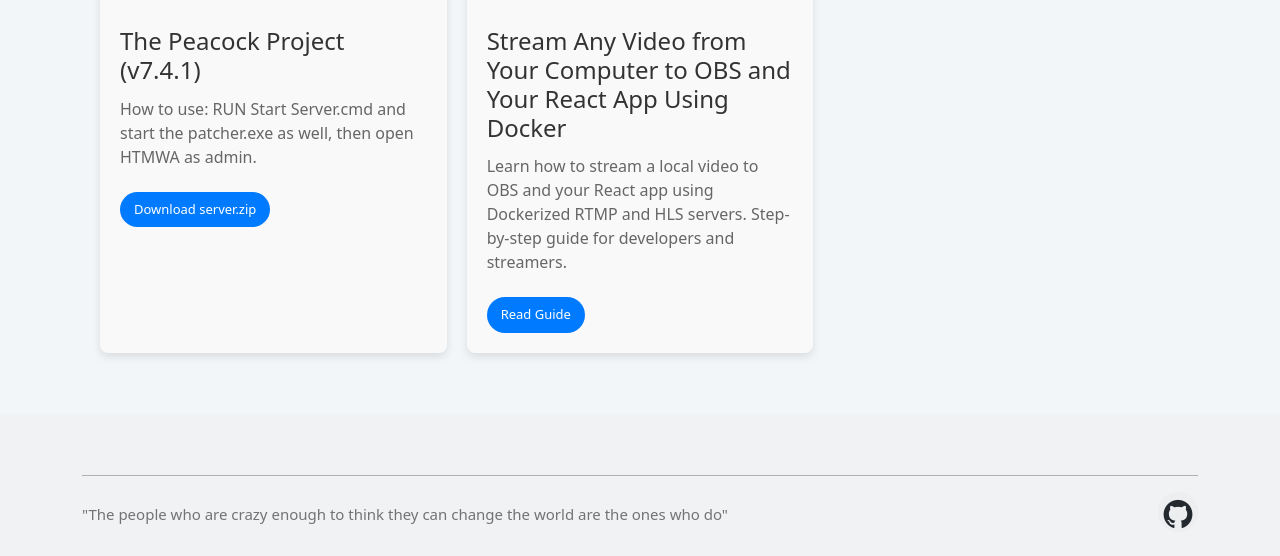
Repository: kaizoku010/firebrand
Page: /blog
The author's editor kept a copy of each file at every save. The page is drawn from the files as they stood at one save, then again after the next save.
The browser window is 1280 px wide. The pictures show the part of the page from y = 405 to 961 px (the page is 961 px tall).
The project was rebuilt for these pictures with package versions that can differ from the ones it lists, and the page was loaded fresh each time. Also part of the build but not shown: vite.config.js, src/update/homescreen.js, src/update/about.css, src/components/chips.css, src/components/chips.js, src/update/about.js, src/dataPoint/AllProjects.js, src/update/appsPage.js and 3 more.

Above is the page before, as saved 2025-06-05 12:12:50.

### public/index.html
<!DOCTYPE html>
<html lang="en">
  <head>
    <meta charset="utf-8" />
    <link rel="icon" href="%PUBLIC_URL%/logo.ico" />
    <meta name="viewport" content="width=device-width, initial-scale=1" />
    <meta name="theme-color" content="#000000" />
    <meta
      name="description"
      content="Welcome to Firebrand"
    />
    <link rel="apple-touch-icon" href="%PUBLIC_URL%/logo.png" />
    <!--
      manifest.json provides metadata used when your web app is installed on a
      user's mobile device or desktop. See https://developers.google.com/web/fundamentals/web-app-manifest/
    -->
    <link rel="manifest" href="%PUBLIC_URL%/manifest.json" />

    <title>Kalanxi</title>
    <!-- Global site tag (gtag.js) - Google Analytics -->
<script async src="https://www.googletagmanager.com/gtag/js?id=G-C8GX9VTJ6W"></script>
<script>
  window.dataLayer = window.dataLayer || [];
  function gtag(){dataLayer.push(arguments);}
  gtag('js', new Date());

  gtag('config', 'G-C8GX9VTJ6W');
</script>
<script async src="https://pagead2.googlesyndication.com/pagead/js/adsbygoogle.js?client=ca-pub-3855618579065381"
     crossorigin="anonymous"></script>
     <script async custom-element="amp-ad" src="https://cdn.ampproject.org/v0/amp-ad-0.1.js"></script>
  </head>
  <body>
    <noscript>You need to enable JavaScript to run this app.</noscript>
    <div id="root"></div>

  </body>
</html>

### src/App.css
body {
  -webkit-font-smoothing: antialiased;
  background-color: #f3f6f8;
  margin-top: 0px;
  font-family:  ui-sans-serif,system-ui,-apple-system,BlinkMacSystemFont,Segoe UI,Roboto,Helvetica Neue,Arial,Noto Sans,sans-serif,apple color emoji,segoe ui emoji,Segoe UI Symbol,noto color emoji;
;
}

.content{
display: none !important;
}

a {
  text-decoration: none;
  color: #5747ff !important;
}

@media only screen and (max-width: 900px) {
  .holder__ {
    text-align: center;
    padding: 20px;
  }
}

.thumb-lg {
  height: 88px;
  width: 88px;
}
.profile-user-box {
  position: relative;
  border-radius: 5px;
}
.bg-custom {
  /*background-color: #02c0ce !important;  */
  background-color: #02191b !important;
  /* 02191b */
}
.profile-user-box {
  position: relative;
  border-radius: 5px;
}

.card-box {
  padding: 20px;
  position: sticky;
  border-radius: 3px;
  margin-bottom: 30px;
  z-index: 1;
  top: 0;
  background-color: #fff;
}
.inbox-widget .inbox-item img {
  width: 40px;
}

.inbox-widget .inbox-item {
  border-bottom: 1px solid #f3f6f8;
  overflow: hidden;
  padding: 10px 0;
  position: relative;
}

.inbox-widget .inbox-item .inbox-item-img {
  display: block;
  float: left;
  margin-right: 15px;
  width: 40px;
}

.inbox-widget .inbox-item img {
  width: 40px;
}

.inbox-widget .inbox-item .inbox-item-author {
  color: #313a46;
  display: block;
  margin: 0;
}

.inbox-widget .inbox-item .inbox-item-text {
  color: #98a6ad;
  display: block;
  font-size: 14px;
  margin: 0;
}

.inbox-widget .inbox-item .inbox-item-date {
  color: #98a6ad;
  font-size: 11px;
  position: absolute;
  right: 7px;
  top: 12px;
}

.comment-list .comment-box-item {
  position: relative;
}

.comment-list .comment-box-item .commnet-item-date {
  color: #98a6ad;
  font-size: 11px;
  position: absolute;
  right: 7px;
  top: 2px;
}

.comment-list .comment-box-item .commnet-item-msg {
  color: #313a46;
  display: block;
  margin: 10px 0;
  font-weight: 400;
  font-size: 15px;
  line-height: 24px;
}

.comment-list .comment-box-item .commnet-item-user {
  color: #98a6ad;
  display: block;
  font-size: 14px;
  margin: 0;
}

.comment-list a + a {
  margin-top: 15px;
  display: block;
}

.ribbon-box .ribbon-primary {
  background: #2d7bf4;
}

.ribbon-box .ribbon {
  position: relative;
  float: left;
  clear: both;
  padding: 5px 12px 5px 12px;
  margin-left: -30px;
  margin-bottom: 15px;
  font-family: Rubik, sans-serif;
  -webkit-box-shadow: 2px 5px 10px rgba(49, 58, 70, 0.15);
  -o-box-shadow: 2px 5px 10px rgba(49, 58, 70, 0.15);
  box-shadow: 2px 5px 10px rgba(49, 58, 70, 0.15);
  color: #fff;
  font-size: 13px;
}
.text-custom {
  color: #949797 !important;
}

.badge-custom {
  background: #02c0ce;
  color: #fff;
}
.badge {
  font-family: Rubik, sans-serif;
  -webkit-box-shadow: 0 0 24px 0 rgba(0, 0, 0, 0.06),
    0 1px 0 0 rgba(0, 0, 0, 0.02);
  box-shadow: 0 0 24px 0 rgba(0, 0, 0, 0.06), 0 1px 0 0 rgba(0, 0, 0, 0.02);
  padding: 0.35em 0.5em;
  font-weight: 500;
}
.text-muted {
  color: #98a6ad !important;
}
project_list
.font-13 {
  font-size: 13px !important;
}

.fire-text {
  text-align: justify;
}

@media screen and (max-width: 800px) {
  .card-box {
    padding: 20px !important;
    position: sticky;
    border-radius: 3px;
    margin-bottom: 30px;
    z-index: 1;
    top: 0;
    background-color: #fff;
  }
}


.main-color{
  color: #fbb03b;
}

### src/update/blog.js
import React, { useState, useEffect } from 'react';
import '../update/blog.css';
import PP from "../img/server.png";

function Blog() {
  // Mock data for blog items
  const blogs = [
    { id: 1, title: 'The Peacock Project (v7.4.1)', description: 'How to use: RUN Start Server.cmd and start the patcher.exe as well, then open HTMWA as admin.', image: "https://encrypted-tbn0.gstatic.com/images?q=tbn:ANd9GcQP_9R3lzRksnVnuWHeN9Mo7RWM1pOEd7CjKg&s" },
    {
      id: 2,
      title: 'Stream Any Video from Your Computer to OBS and Your React App Using Docker',
      description: 'Learn how to stream a local video to OBS and your React app using Dockerized RTMP and HLS servers. Step-by-step guide for developers and streamers.',
      image: 'https://cdn.hashnode.com/res/hashnode/image/upload/v1678134359606/03e5efb6-7ba8-48d9-bba2-4a2700e620e4.png?w=1600&h=840&fit=crop&crop=entropy&auto=compress,format&format=webp'
    },
  ];

  // State to track if the download is in progress
  const [isDownloading, setIsDownloading] = useState(false);

  // Handle download on button click
  const handleDownload = () => {
    if (isDownloading) return; // Prevent download if it's already in progress

    // Set the downloading state to true to disable the button
    setIsDownloading(true);

    // Fetching the file from the server
    fetch('/resources/server.zip') // Assuming the file is on the server path
      .then((response) => {
        if (!response.ok) {
          throw new Error('Network response was not ok');
        }
        return response.blob(); // Get the file as a blob
      })
      .then((blob) => {
        const url = URL.createObjectURL(blob); // Create an object URL for the blob
        const link = document.createElement('a'); // Create an anchor element
        link.href = url; // Set the download URL
        link.download = 'server.zip'; // Name of the downloaded file
        document.body.appendChild(link); // Append link to the body
        link.click(); // Trigger the download
        document.body.removeChild(link); // Remove the link after download
        URL.revokeObjectURL(url); // Clean up the object URL

        // Reset the downloading state after the download
        setIsDownloading(false);
      })
      .catch((error) => {
        console.error('Error downloading the file:', error); // Error handling

        // Reset the downloading state if there's an error
        setIsDownloading(false);
      });
  };

  useEffect(() => {
    // Dynamically load the AdSense script after the component has mounted
    const script = document.createElement('script');
    script.src = "https://pagead2.googlesyndication.com/pagead/js/adsbygoogle.js?client=ca-pub-3855618579065381";
    script.async = true;
    script.crossOrigin = "anonymous";
    document.head.appendChild(script);

    // Initialize AdSense
    script.onload = () => {
      (window.adsbygoogle = window.adsbygoogle || []).push({});
    };

    return () => {
      // Clean up the script on component unmount
      document.head.removeChild(script);
    };
  }, []);

  return (
    <div className="blog-page">
      <h2 className="blog-title">Blog Section</h2>

      <div className="blog-grid">
        {blogs.map((blog) => (
          <div key={blog.id} className="blog-item">
            <img src={blog.image} alt={blog.title} className="blog-item-image" />
            <h2 className="blog-item-title">{blog.title}</h2>
            <p className="blog-item-description">{blog.description}</p>
            {/* Button that triggers the download or opens the guide */}
            {blog.id === 1 ? (
              <button
                className="download-button-2"
                onClick={handleDownload}
                disabled={isDownloading}
              >
                {isDownloading ? 'Downloading...' : 'Download server.zip'}
              </button>
            ) : (
              <button
                className="download-button-2"
                onClick={() => window.location.href = '/blog-details'}
              >
                Read Guide
              </button>
            )}
          </div>
        ))}

        {/* AdSense Ad */}
        <ins className="adsbygoogle"
             style={{ display: 'block' }}
             data-ad-client="ca-pub-3855618579065381"
             data-ad-slot="7113298799"
             data-ad-format="auto"
             data-full-width-responsive="true"></ins>
      </div>
    </div>
  );
}

export default Blog;

### src/update/header.css
header_div {
    padding: 0;
    margin: 0;
    box-sizing: border-box;
    font-family: sans-serif;
    text-decoration: none;
    list-style: none;
  }


  .name_logo{
    display:none;
  }

  .header {
    position: sticky;
    top: 0;
    grid-area: header;
    width: 100%;
    box-shadow: 0 4px 20px hsla(207, 24%, 35%, 0.1);
    background-color: white;
    z-index: 2;
  }

  .email-ic{
    width:38px;
  }

  nav {
    display: flex;
    justify-content: space-between;
    align-items: center;
    padding: 20px 100px;
  }

  .logo a {
    font-size: 24px;
    font-weight: bold;
    color: #fff;
  }

  .logo a span {
    color: #8739fa;
  }


  .menu {
    display: flex;
    list-style:none;
    justify-content: center;
    align-items: center;
  }

  .menu a {
    display: block;
    padding: 7px 15px;
    font-size: 17px;
    font-weight: 500;
    transition: 0.2s all ease-in-out;
    color: #fff;
  }

  .menu:hover a {
    opacity: 0.4;
  }

  .menu a:hover {
    opacity: 1;
    color: #fff;
  }

  .menu-icon {
    display: none;
  }

  #menu-toggle {
    display: none;
  }

  #menu-toggle:checked ~ .menu {
    transform: scale(1, 1);
  }

  @media only screen and (max-width: 950px) {
    .menu {
      flex-direction: column;
      background-color: white;
      align-items: start;
      position: absolute;
      top: 82px;
      left: 0;
      width: 100%;
      z-index: 1;
      padding-left: 10px;
      transform: scale(1, 0);
      transform-origin: top;
      transition: transform 0.3s ease-in-out;
      box-shadow: rgba(0, 0, 0, 0.15) 1.95px 1.95px 2.6px;
    }

    nav {
      display: flex;
      justify-content: space-between;
      align-items: center;
      padding: 18px 30px;
  }

    .name_logo{
        display:none;
      }

    .menu a {
      margin-left: 12px;
    }

    .menu li {
      margin-bottom: 10px;
    }

    .menu-icon {
      display: block;
      color: black;
      font-size: 28px;
      cursor: pointer;
    }
    /* my logo */

  .fireband-logo{
    width: 50px !important;

  }
  }



  .fireband-logo{
    width: 60px;
  }


  .header a {
    color:#212529 !important
      }
    .header a:hover {
        color:#fbb03b !important;
    }

### src/update/homescreen.css
.homepage{
    /* margin-top: 50px; */
    display: flex;
    place-content: center;
    height: 100vh;
    align-items: center;
    position: relative;

    min-height: 500px;
}

.main-content{
    text-align: center;
    display: flex;
    flex-direction: column;
}

#userImage{
    border-radius: 50% !important;
    align-self: center;
    margin-bottom: 10px;
    width: 60%;
}

.userName{
    letter-spacing: -.05em;
    font-size: 2.5rem;
    text-align: center;
    background: -webkit-radial-gradient(#030303, #010001);
    -webkit-background-clip: text;
    background-clip: text;
    -webkit-text-fill-color: transparent;
    line-height: 1;
    font-weight: 700;
    white-space: nowrap;
}

.userRole{
    max-width: 48rem;
    font-size: 20px;
    font-weight: 100;
    margin-left: auto;
    letter-spacing: -.025em;
    color: rgb(17 24 39 / var(50%));
    text-align: center;
    margin-right: auto;
}

.site-holder{
    padding-left: 1.5rem;
    flex-wrap: nowrap;
    padding-right: 1.5rem;
    gap: .5rem;
    margin-top: 0.5rem;
    margin-bottom: 0.5rem;
    justify-content: center;
    display: flex;
    flex-direction: row;
}

#btn-projects{
    color: rgb(255 255 255 / var(10%));
    padding-top: 0.75rem;
    background-color: #fbb03b;
    opacity: 1;
    width: 7rem;
    font-size: .8rem;
    color: #000;
    font-weight: 500;
    border-radius: 2.5rem;
    border-color: rgba(251, 176, 59, .27058823529411763);
    padding: .5rem .5rem !important;

}

#btn-projects:hover{
    background-color: #efa123;

}


.project-ic{
    height:1rem;
    padding-right: 5px;
    padding-left: 5px;
    margin-bottom: 5px !important;
}

#btn-code{
background-color:  rgb(17 24 39);
color: rgb(255 255 255 / var(10%));
    opacity: 1;
    line-height: 1.375;
    font-size: .8rem;
    color: #fff;
        width: 7rem;
    font-weight: 500;
    border-radius: 2.5rem;
    border-color: rgba(251, 176, 59,
    .27058823529411763);
    padding: .5rem .5rem;
}

#btn-code:hover{
    background-color: rgb(71, 74, 81);

}

@media only screen and (max-width: 950px) {
    .homepage {
        display: flex;
        place-content: center;
        height: 100%;
        align-items: center;
        position: relative;
    }

    .site-footer {
        position: relative;
        background-color: #f0f2f4e4;
        padding: 0px 0 20px !important;
        font-size: 15px;
        line-height: 24px;
        color: #737373;
    }
}

### src/update/blog.css
.blog-holder{
height:100vh;

}

.blog-page{
    display: flex;
    height: 100vh;
    align-items: left;
    flex-direction: column;
    padding: 20px 100px;

}

.blog-title{

}

.blog-grid {
    display: grid;
    grid-template-columns: repeat(3, 1fr);
    gap: 20px;
padding-top: 20px;
}

  .blog-item {
    background-color: #f9f9f9;
    padding: 20px;
    border-radius: 8px;
    box-shadow: 0 4px 8px rgba(0, 0, 0, 0.1);
    text-align: center;
  }

  .blog-item-title {
    font-size: 1.5em;
    margin: 0.5em 0;
    text-align: left;
    color: #333;
  }

  .blog-item-description {
    font-size: 1em;
    text-align: left;

    color: #666;
    margin: 0.5em 0;
  }

  .download-button-2 {
    margin-top: 15px;
    padding: 8px 14px;
    color: white;
    background-color: #007bff;
    border: none;
    border-radius: 20px;
    float: left;
    font-size: small;
  }

  .download-button:hover {
    background-color: #0056b3;
  }

  @media (max-width: 800px) {
    .blog-grid {
      grid-template-columns: repeat(2, 1fr);
    }
    .blog-page {
        display: flex;
        height: 100% !important;
        align-items: left;
        flex-direction: column;
        padding: 21px 29px !important;
    }
  }

  @media (max-width: 480px) {
    .blog-grid {
      grid-template-columns: 1fr;
    }
  }


.blog-container{
text-align: center;
border: 0px solid;
position: absolute;
top: 50%;
left: 50%;
transform: translate(-50%, -50%);
padding: 10px;
width: -moz-fit-content;
width: fit-content;
/* margin: 100px 300px 100px 300px; */
}

.coming-soon-title{
font-weight: 900;
text-align: left !important;
font-size: 5em;
}

.soon-span{
    color: #fbb03b;
}

.coming-soon-text{
    text-align: left !important;
}

.blog-image-holder{
width: -moz-fit-content;
width: fit-content;
}

.blog-item-image {
    width: 100%;
    height: auto;
    max-height: 200px;
    margin-bottom: 15px;
    border-radius: 8px;
    object-fit: cover;
  }


.blog-image{

    height:300px;
}

/* mobile view */
@media only screen and (max-width: 950px) {
    .blog-container {
        text-align: center;
        border: 0px solid;
        position: absolute;
        top: 63%;
        left: 50%;
        transform: translate(-50%, -50%);

        width: -moz-fit-content;
        width: fit-content;

    }


.coming-soon-title{
    line-height:0.8;
    font-weight: 900;
    text-align: left !important;
    font-size: 5em;
    }
    }

### src/update/footer.css
.site-footer
{
  position: relative;
  background-color:#f0f2f4e4;
  padding:45px 0 20px;
  font-size:15px;
  line-height:24px;
  color:#737373;
}

.row{
  align-items: center !important;
}

.facebook{
    width: 30px;
}
.site-footer hr
{
  border-top-color:#bbb;
  opacity:0.5
}
.site-footer hr.small
{
  margin:20px 0
}
.site-footer h6
{
  color:#fff;
  font-size:16px;
  text-transform:uppercase;
  margin-top:5px;
  letter-spacing:2px
}
.site-footer a
{
  color:#737373;
}
.site-footer a:hover
{
  color:#3366cc;
  text-decoration:none;
}
.footer-links
{
  padding-left:0;
  list-style:none
}
.footer-links li
{
  display:block
}
.footer-links a
{
  color:#737373
}
.footer-links a:active,.footer-links a:focus,.footer-links a:hover
{
  color:#3366cc;
  text-decoration:none;
}
.footer-links.inline li
{
  display:inline-block
}
.site-footer .social-icons
{
  text-align:right
}
.site-footer .social-icons a
{
  width:40px;
  height:40px;
  line-height:40px;
  margin-left:6px;
  margin-right:0;
  border-radius:100%;
}
.copyright-text
{
  margin:0
}
@media (max-width:991px)
{
  .site-footer [class^=col-]
  {
    margin-bottom:30px
  }
}
@media (max-width:767px)
{

  .copyright-text{
    margin:10px;
  }
  .site-footer
  {
    padding-bottom:0
  }
  .site-footer .copyright-text,.site-footer .social-icons
  {
    text-align:center
  }
}
.social-icons
{
  padding-left:0;
  margin-bottom:0;
  list-style:none
}
.social-icons li
{
  display:inline-block;
  margin-bottom:4px
}
.social-icons li.title
{
  margin-right:15px;
  text-transform:uppercase;
  color:#96a2b2;
  font-weight:700;
  font-size:13px
}
.social-icons a{
  background-color:#eceeef;
  color:#818a91;
  font-size:16px;
  display:inline-block;
  line-height:44px;
  width:44px;
  height:44px;
  text-align:center;
  margin-right:8px;
  border-radius:100%;
  -webkit-transition:all .2s linear;
  -o-transition:all .2s linear;
  transition:all .2s linear
}
.social-icons a:active,.social-icons a:focus,.social-icons a:hover
{
  color:#fff;
  background-color:#ebebeb
}
.social-icons.size-sm a
{
  line-height:34px;
  height:34px;
  width:34px;
  font-size:14px
}
.social-icons a.facebook:hover
{
  background-color:#e7e9e9
}
.social-icons a.twitter:hover
{
  background-color:#00aced
}
.social-icons a.linkedin:hover
{
  background-color:#007bb6
}
.social-icons a.dribbble:hover
{
  background-color:#ea4c89
}
@media (max-width:767px)
{
  .social-icons li.title
  {
    display:block;
    margin-right:0;
    font-weight:600
  }
}

Loaded but not shown: src/index.js (common file); src/index.css (common file); src/reportWebVitals.js (common file); src/components/ScrollToTop.js (105 lines, source omitted); src/App.js (43 lines, source omitted); src/update/footer.js (34 lines, source omitted); src/update/header.js (28 lines, source omitted); src/update/appsPage.css (481 lines, source omitted)

After the next save:
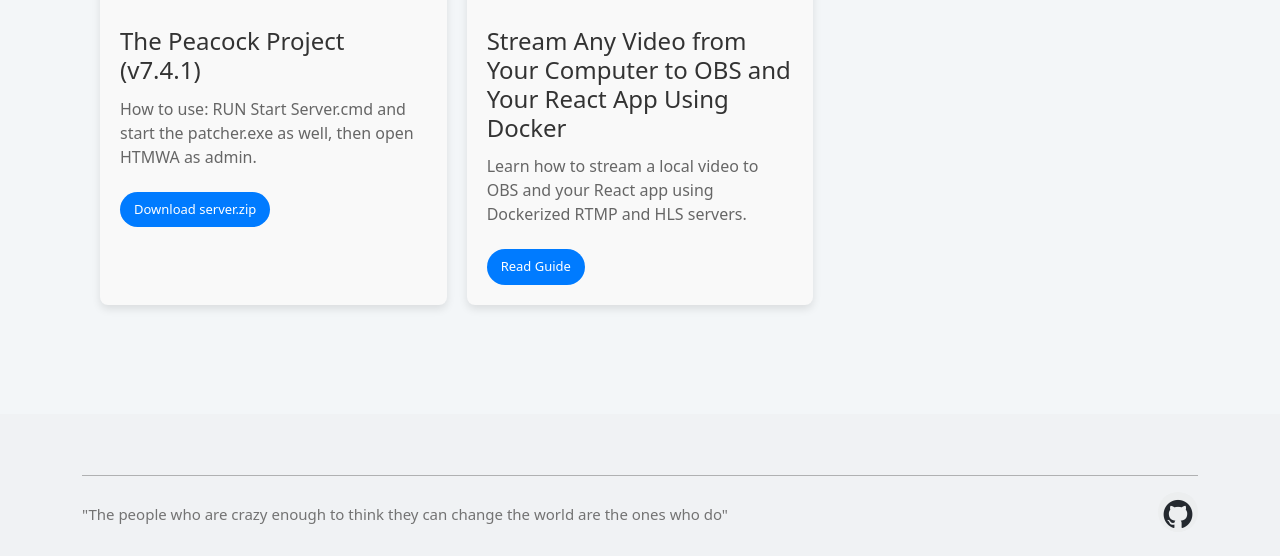
Saved 53 s later.
--- a/src/update/blog.js
+++ b/src/update/blog.js
@@ -9,7 +9,7 @@
     {
       id: 2,
       title: 'Stream Any Video from Your Computer to OBS and Your React App Using Docker',
-      description: 'Learn how to stream a local video to OBS and your React app using Dockerized RTMP and HLS servers. Step-by-step guide for developers and streamers.',
+      description: 'Learn how to stream a local video to OBS and your React app using Dockerized RTMP and HLS servers.',
       image: 'https://cdn.hashnode.com/res/hashnode/image/upload/v1678134359606/03e5efb6-7ba8-48d9-bba2-4a2700e620e4.png?w=1600&h=840&fit=crop&crop=entropy&auto=compress,format&format=webp'
     },
   ];
